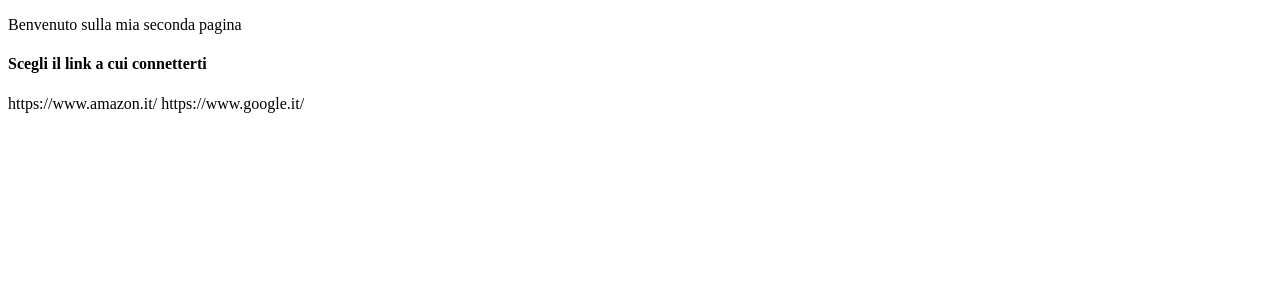
Repository: AndreaGuastaferro/Repository_Andrea_Guastaferro_Front
Page: cartella_html/NUOVO_HTML/Secondo_File.html
These files come from the project's save history. The page is drawn as it stood at one moment and after the next save; the edit follows.
The browser window is 1280 px wide. The pictures show the whole page.

Above is the page before, as saved 2018-10-22 08:36:36.

### cartella_html/NUOVO_HTML/Secondo_File.html
<!DOCTYPE html>
<html>
<head>
<meta charset="ISO-8859-1">
<title>Insert title here</title>
</head>
<body>
	<p> Benvenuto sulla mia seconda pagina </p>
	<h4>Scegli il link a cui connetterti</h4>
		<a> https://www.amazon.it/ </a>
		<a> https://www.google.it/ </a>
</body>
</html>

After the next save:
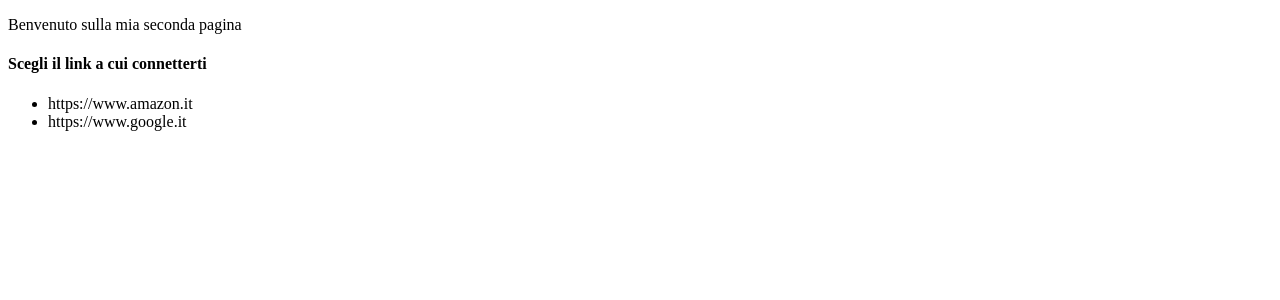
Saved 79 s later.
--- a/cartella_html/NUOVO_HTML/Secondo_File.html
+++ b/cartella_html/NUOVO_HTML/Secondo_File.html
@@ -7,7 +7,12 @@
 <body>
 	<p> Benvenuto sulla mia seconda pagina </p>
 	<h4>Scegli il link a cui connetterti</h4>
-		<a> https://www.amazon.it/ </a>
-		<a> https://www.google.it/ </a>
+		<ul>
+
+			<li><a> https://www.amazon.it </a> </li>
+			<li><a> https://www.google.it </a> </li>
+
+		</ul>
+
 </body>
 </html>
